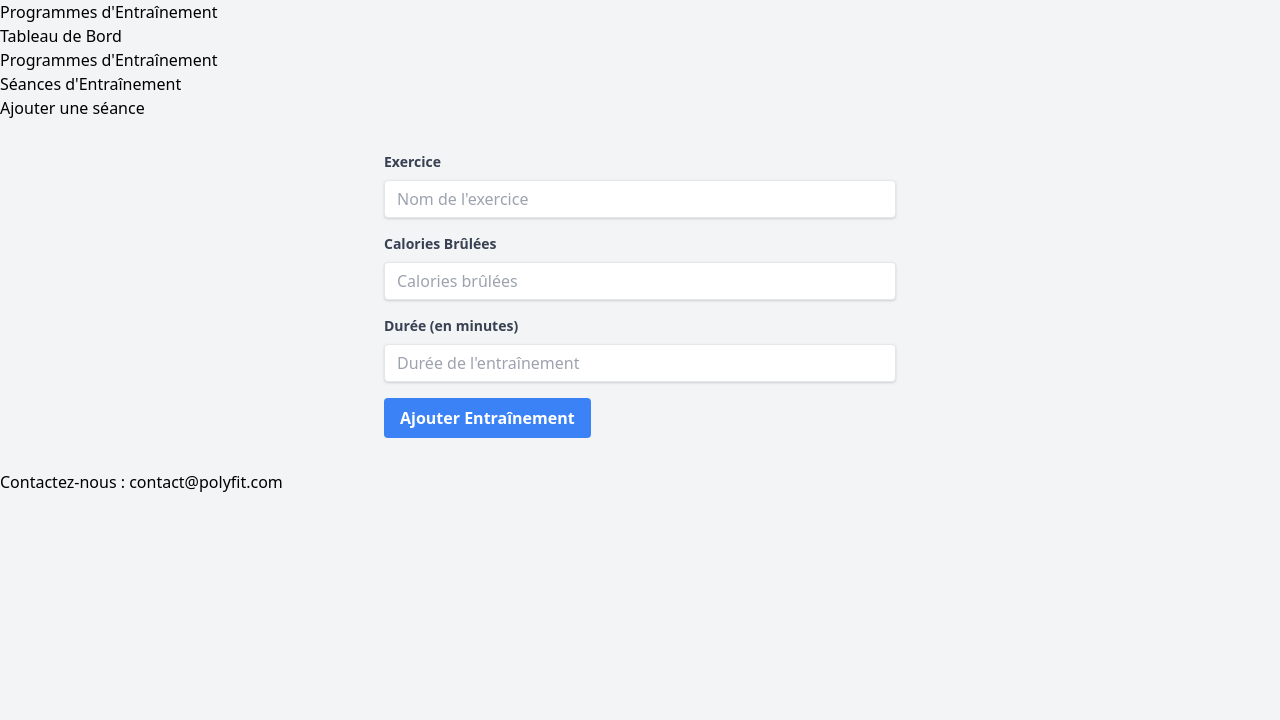
Repository: rimessouabni/polyfit
Page: src/main/resources/static/AddWorkout.html
The author's editor kept a copy of each file at every save. The page is drawn from the files as they stood at one save, then again after the next save.
The browser window is 1280 px wide. The pictures show the whole page.

Above is the page before, as saved 2024-03-18 15:25:47.

### src/main/resources/static/AddWorkout.html
<!DOCTYPE html>
<html lang="fr">
<head>
    <meta charset="UTF-8">
    <meta name="viewport" content="width=device-width, initial-scale=1.0">
    <title>PolyFit - Ajouter Entraînement</title>
    <link href="https://cdn.jsdelivr.net/npm/tailwindcss@2.2.19/dist/tailwind.min.css" rel="stylesheet">
</head>
<body class="bg-gray-100">
    <header>
        <h1>Programmes d'Entraînement</h1>
        <nav>
            <ul>
                <li><a href="dashboard.html">Tableau de Bord</a></li>
                <li><a href="programs.html">Programmes d'Entraînement</a></li>
                <li><a href="workouts.html">Séances d'Entraînement</a></li>
                <li><a href="AddWorkout.html">Ajouter une séance</a></li>
            </ul>
        </nav>
    </header>

    <div class="container mx-auto py-8 px-4">
        <form class="max-w-lg mx-auto">
            <div class="mb-4">
                <label class="block text-gray-700 text-sm font-bold mb-2" for="exercise">Exercice</label>
                <input class="shadow appearance-none border rounded w-full py-2 px-3 text-gray-700 leading-tight focus:outline-none focus:shadow-outline" id="exercise" type="text" placeholder="Nom de l'exercice">
            </div>
            <div class="mb-4">
                <label class="block text-gray-700 text-sm font-bold mb-2" for="calories">Calories Brûlées</label>
                <input class="shadow appearance-none border rounded w-full py-2 px-3 text-gray-700 leading-tight focus:outline-none focus:shadow-outline" id="calories" type="number" placeholder="Calories brûlées">
            </div>
            <div class="mb-4">
                <label class="block text-gray-700 text-sm font-bold mb-2" for="duration">Durée (en minutes)</label>
                <input class="shadow appearance-none border rounded w-full py-2 px-3 text-gray-700 leading-tight focus:outline-none focus:shadow-outline" id="duration" type="number" placeholder="Durée de l'entraînement">
            </div>
            <div class="flex items-center justify-between">
                <button class="bg-blue-500 hover:bg-blue-700 text-white font-bold py-2 px-4 rounded focus:outline-none focus:shadow-outline" type="button">
                    Ajouter Entraînement
                </button>
            </div>
        </form>
    </div>

    <footer>
        <p>Contactez-nous : contact@polyfit.com</p>
    </footer>
</body>
</html>

### src/main/resources/static/styles.css
/* Reset des styles par défaut */
body, h1, h2, h3, p, ul, li {
    margin: 0;
    padding: 0;
}

body {
    font-family: Arial, sans-serif;
    background-color: #f5f5f5;
    color: #333;
}

header {
    background-color: #009688;
    color: #fff;
    padding: 20px;
    text-align: center;
}

header h1 {
    margin-bottom: 10px;
}

nav ul {
    list-style-type: none;
}

nav ul li {
    display: inline;
    margin-right: 20px;
}

nav ul li a {
    color: #fff;
    text-decoration: none;
}

.container {
    width: 80%;
    margin: 0 auto;
    padding: 20px;
}

.workout {
    background-color: #fff;
    border-radius: 5px;
    box-shadow: 0 0 10px rgba(0, 0, 0, 0.1);
    padding: 20px;
    margin-bottom: 20px;
}

.workout h3 {
    color: #009688;
    margin-bottom: 10px;
}

.workout p {
    color: #666;
    margin-bottom: 10px;
}

.workout ul {
    list-style-type: none;
}

.workout ul li {
    margin-bottom: 5px;
}

/* Styles pour les icônes */
.workout ul li img {
    width: 30px; /* Ajustez la taille des icônes ici */
    margin-right: 10px;
    vertical-align: middle;
}

footer {
    background-color: #009688;
    color: #fff;
    text-align: center;
    padding: 10px 0;
    position: fixed;
    width: 100%;
    bottom: 0;
}

After the next save:
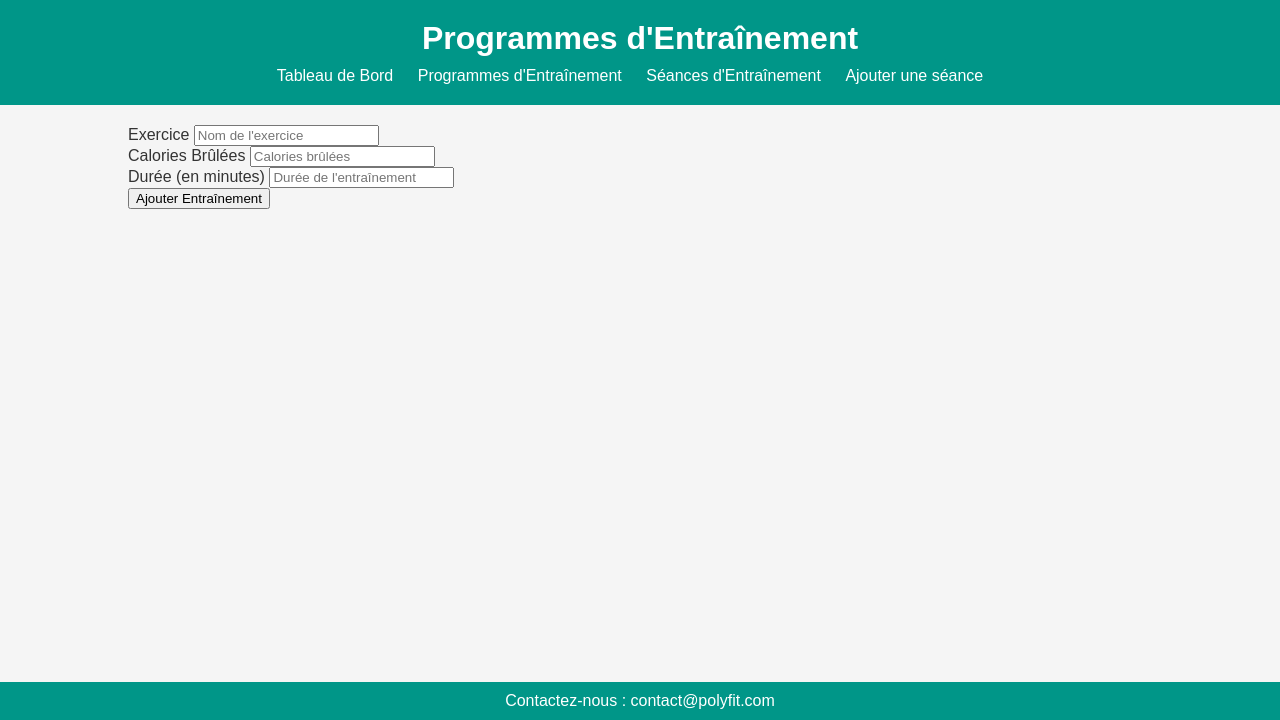
Saved 13 s later.
--- a/src/main/resources/static/AddWorkout.html
+++ b/src/main/resources/static/AddWorkout.html
@@ -3,10 +3,10 @@
 <head>
     <meta charset="UTF-8">
     <meta name="viewport" content="width=device-width, initial-scale=1.0">
-    <title>PolyFit - Ajouter Entraînement</title>
-    <link href="https://cdn.jsdelivr.net/npm/tailwindcss@2.2.19/dist/tailwind.min.css" rel="stylesheet">
+    <title>PolyFit - Programmes d'Entraînement</title>
+    <link rel="stylesheet" href="styles.css">
 </head>
-<body class="bg-gray-100">
+<body>
     <header>
         <h1>Programmes d'Entraînement</h1>
         <nav>
